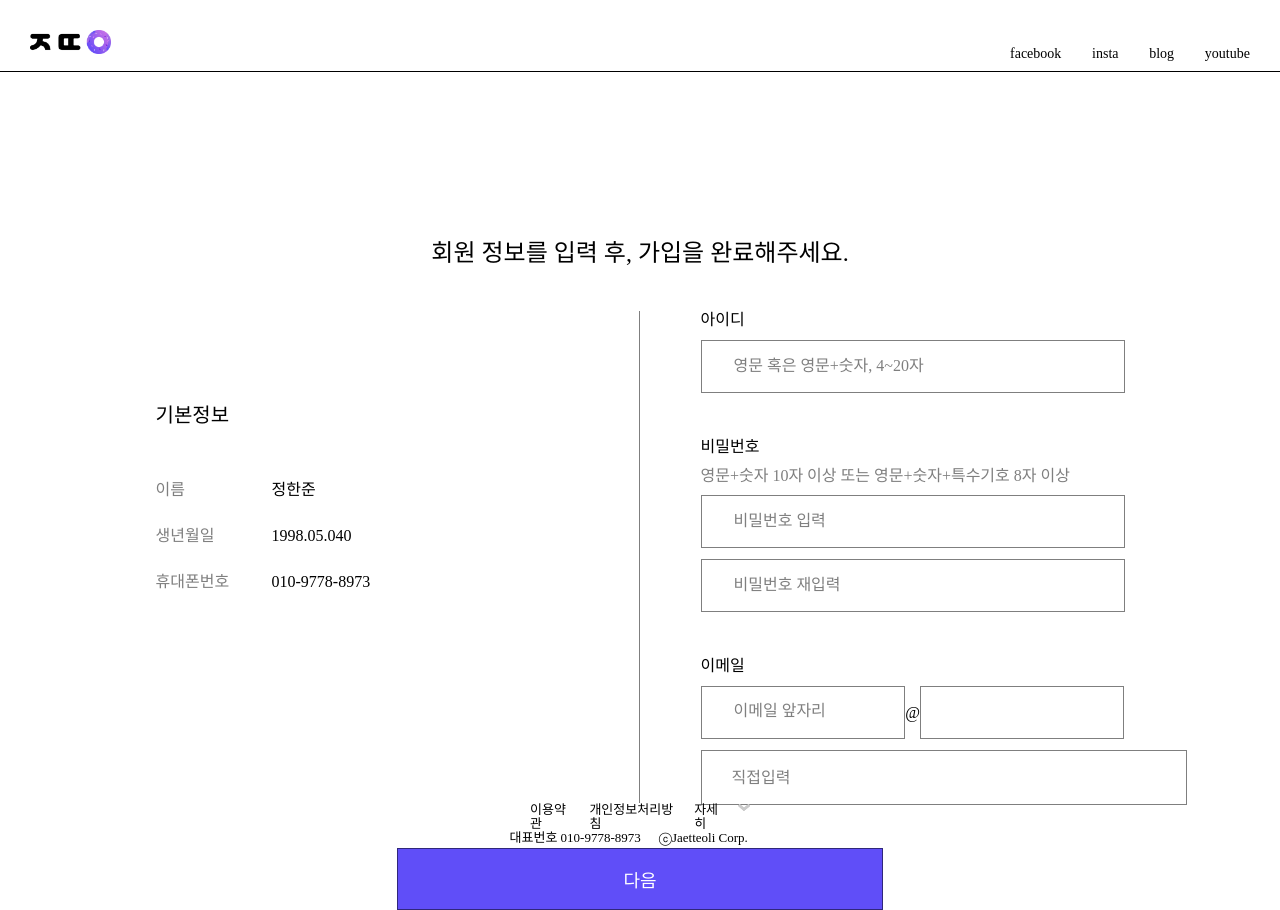
Repository: raoniee/Jaetteoli-React-Project
Page: /signup/begin
These files come from the project's save history. The page is drawn as it stood at one moment and after the next save; the edit follows.
The browser window is 1280 px wide. The pictures show the whole page.
Some web fonts or font styles are not loaded; a fallback is used. The project was rebuilt for these pictures with package versions that can differ from the ones it lists, and the page was loaded fresh each time. Also part of the build but not shown: src/component/main/ManageReview.module.css, src/component/main/ReviewContainer.module.css, src/component/main/ReviewItem.module.css, src/component/main/ReviewItem.js, src/component/main/ReviewContainer.js, src/component/sidebar/SideBar.module.css, src/component/sidebar/SideBar.js, src/component/main/ManageReview.js and 53 more.

Above is the page before, as saved 2023-07-06 21:39:07.

After the next save:
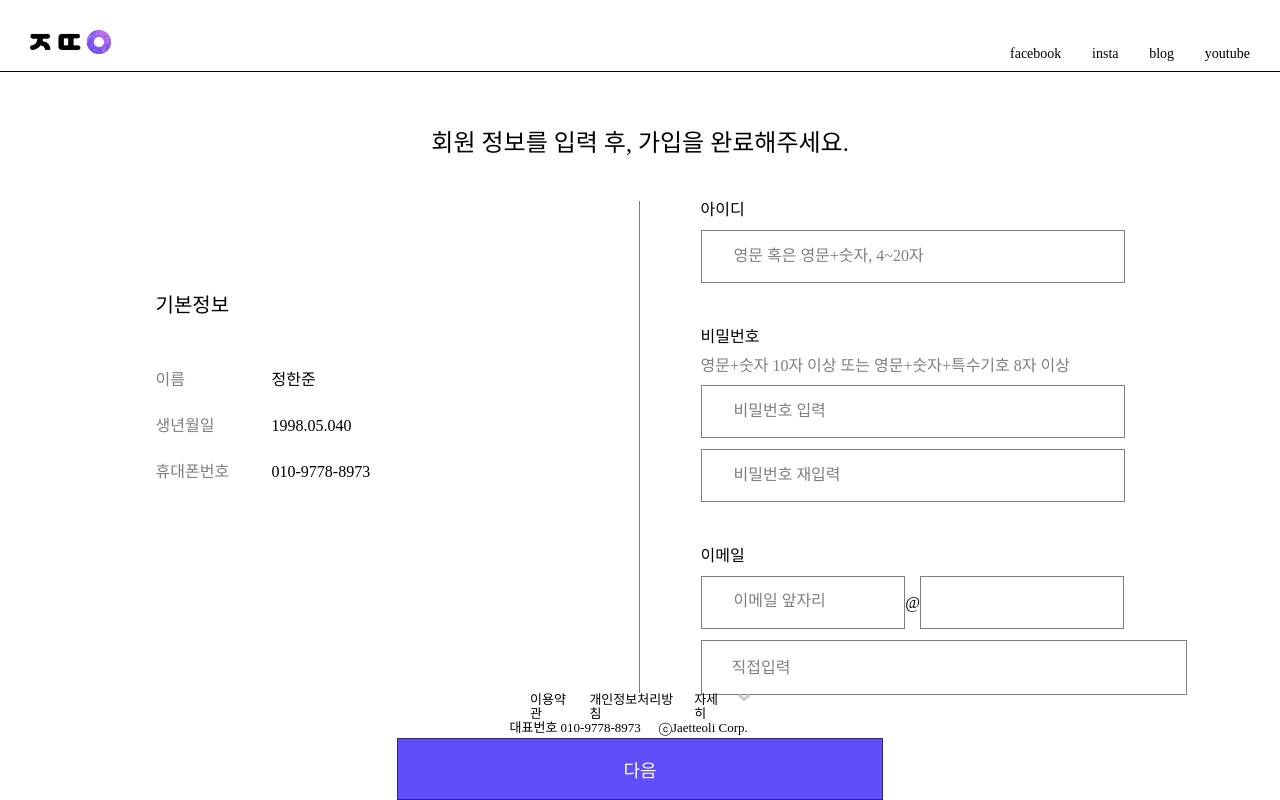
Saved 41 s later.
--- a/src/component/memberShip/MembershipInformation.module.css
+++ b/src/component/memberShip/MembershipInformation.module.css
@@ -5,7 +5,7 @@
 
 .MembershipInformation {
   margin: 0 auto;
-  margin-top: 240px;
+  margin-top: 130px;
 }
 
 .title {
